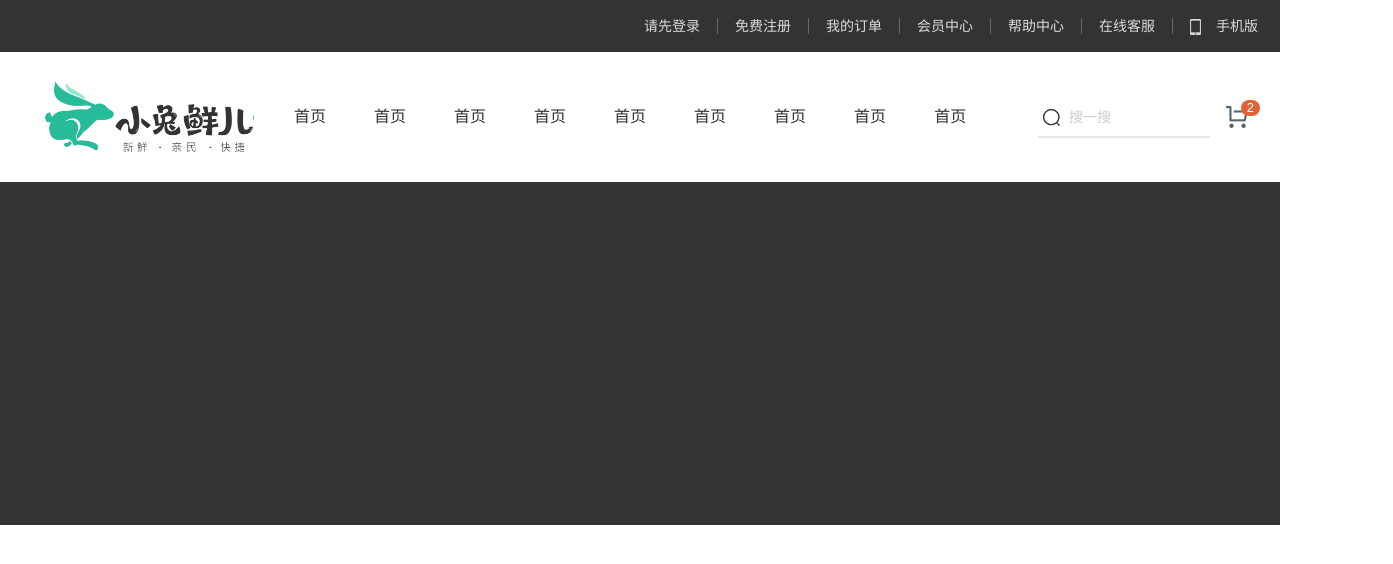
Repository: DengBiHua/xtx_pc_client
Page: index.html
An editor plug-in stored every save of this project. The page is shown before and after the next save, followed by the edit.
The browser window is 1280 px wide. The page is 1280 px wide, then 1393 px, so the pictures cover 1393 px, including what lies to the right of the window. The pictures show the whole page.

Above is the page before, as saved 2022-04-16 14:52:33.

### index.html
<!DOCTYPE html>
<html lang="zh-CN">
<head>
    <meta charset="UTF-8">
    <meta http-equiv="X-UA-Compatible" content="IE=edge">
    <meta name="viewport" content="width=device-width, initial-scale=1.0">
    <title>小兔鲜儿-新鲜、惠民、快捷！</title>
    <meta name="description" content="小兔鲜儿官网，致力于打造全球最大的食品、生鲜电商购物平台。">
    <meta name="keywords" content="小兔鲜儿,食品,生鲜,服装,家电,电商,购物">
    <link rel="shortcut icon" href="favicon.ico" type="image/x-icon">
    <link rel="stylesheet" href="./css/base.css">
    <link rel="stylesheet" href="./css/common.css">
    <link rel="stylesheet" href="./css/index.css">
</head>
<body>
    <div class="header">
        <div class="wrapper">
            <ul>
                <li><a href="#">请先登录</a></li>
                <li><a href="#">免费注册</a></li>
                <li><a href="#">我的订单</a></li>
                <li><a href="#">会员中心</a></li>
                <li><a href="#">帮助中心</a></li>
                <li><a href="#">在线客服</a></li>
                <li><a href="#"><span></span>手机版</a></li>
            </ul>
        </div>
    </div>
    <div class="nav wrapper">
        <div class="logo">
            <h1><a href="#">小兔鲜儿</a></h1>
        </div>
        <div class="menu">
            <ul>
                <li><a href="#">首页</a></li>
                <li><a href="#">首页</a></li>
                <li><a href="#">首页</a></li>
                <li><a href="#">首页</a></li>
                <li><a href="#">首页</a></li>
                <li><a href="#">首页</a></li>
                <li><a href="#">首页</a></li>
                <li><a href="#">首页</a></li>
                <li><a href="#">首页</a></li>
            </ul>
        </div>
        <div class="buyCar">
            <a href="#"><span>2</span></a>
        </div>
        <div class="search">
            <span></span>
            <input type="text" placeholder="搜一搜">
        </div>
    </div>
    <div class="footer">
        <div class="top">
            111
        </div>
        <div class="bottom"></div>
    </div>
</body>
</html>

### css/base.css
/* 清除默认样式的代码 */
/* 去除常见标签默认的 margin 和 padding */
body,
h1,
h2,
h3,
h4,
h5,
h6,
p,
ul,
ol,
li,
dl,
dt,
dd,
input {
  margin: 0;
  padding: 0;
}

/* 內减模式 */
* {
  box-sizing: border-box;
}

/* 设置网页统一的字体大小、行高、字体系列相关属性 */
body {
  font: 16px/1.5 "Helvetica Neue", Helvetica, Arial, "Microsoft Yahei",
    "Hiragino Sans GB", "Heiti SC", "WenQuanYi Micro Hei", sans-serif;
  color: #333;
}

/* 去除列表默认样式 */
ul,
ol {
  list-style: none;
}

/* 去除默认的倾斜效果 */
em,
i {
  font-style: normal;
}

/* 去除a标签默认下划线，并设置默认文字颜色 */
a {
  text-decoration: none;
  color: #333;
}

/* 设置img的垂直对齐方式为居中对齐，去除img默认下间隙 */
img {
  vertical-align: middle;
}

/* 去除input默认样式 */
input {
  border: none;
  outline: none;
  color: #333;
}

/* 左浮动 */
.fl {
  float: left;
}

/* 右浮动 */
.fr {
  float: right;
}

/* 双伪元素清除法 */
.clearfix::before,
.clearfix::after {
  content: "";
  display: table;
}
.clearfix::after {
  clear: both;
}

### css/common.css
.wrapper {
    width: 1240px;
    margin: 0 auto;
}

.header {
    height: 52px;
    background-color: #333333;
}

.header .wrapper {
    height: 52px;
    line-height: 52px;
}

.header .wrapper ul {
    float: right;
}

.header .wrapper li {
    float: left;
}

.header .wrapper li a {
    padding: 0 17px;
    border-right: 1px solid #666666;
    font-size: 14px;
    color: #dcdcdc;
}

.header .wrapper li a span {
    display: inline-block;
    margin-right: 15px;
    width: 11px;
    height: 16px;
    background-image: url(../images/sprites.png);
    background-position: -160px -70px;
    vertical-align: middle;
}

.header .wrapper li:last-child a {
    border: none;
    padding-right: 2px;
}

.nav {
    margin: 30px auto;
    height: 70px;
}

.logo h1 a {
    float: left;
    display: block;
    width: 209px;
    height: 70px;
    margin: 0 16px 0 25px;
    background-image: url(../images/logo.png);
    background-size: contain;
    font-size: 0;
}

.menu {
    float: left;
}

.menu li {
    float: left;
    padding: 0 24px;
    height: 70px;
    line-height: 70px;
}

.menu li a {
    padding-bottom: 7px;
}

.menu li a:hover {
    color: #27ba9b;
    border-bottom: 1px solid #27ba9b;
}

.buyCar {
    float: right;
    margin-top: 23px;
    margin-left: 15px;
    margin-right: 12px;
}

.buyCar a {
    display: inline-block;
    position: relative;
    width: 23px;
    height: 23px;
    background-image: url(../images/sprites.png);
    background-position: -119px -69px;
}

.buyCar span {
    position: absolute;
    top: -5px;
    right: -12px;
    height: 16px;
    padding: 0 6px;
    background-color: #e26237;
    border-radius: 8px;
    line-height: 16px;
    font-size: 13px;
    color: #ffffff;
}

.search {
    float: right;
    position: relative;
    margin-top: 16px;
    border-bottom: 2px solid #e7e7e7;
}

.search input {
    padding-left: 31px;
    width: 172px;
    height: 38px;
    font-size: 14px;
}

.search input::placeholder {
    font-size: 14px;
    color: #cccccc;
}

.search span {
    position: absolute;
    left: 2px;
    top: 50%;
    transform: translate(0, -50%);
    width: 18px;
    height: 18px;
    margin-left: 2px;
    background-image: url(../images/sprites.png);
    background-position: -79px -69px;
}

.footer {
    height: 343px;
    background-color: #333;
}

Loaded but not shown: css/index.css (no stored copy; drawn as an empty file)

After the next save:
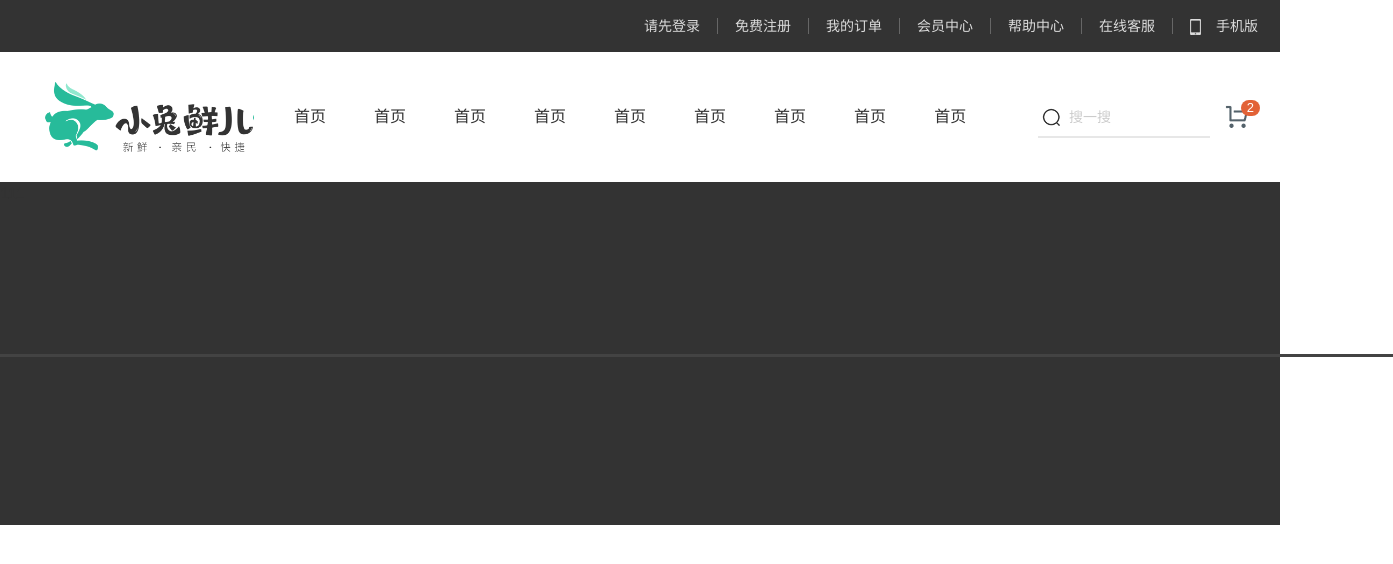
Saved 3 min 50 s later.
--- a/css/common.css
+++ b/css/common.css
@@ -143,3 +143,9 @@
     height: 343px;
     background-color: #333;
 }
+
+.footer .top {
+    width: 1393px;
+    height: 175px;
+    border-bottom: 3px solid #434343;
+}
